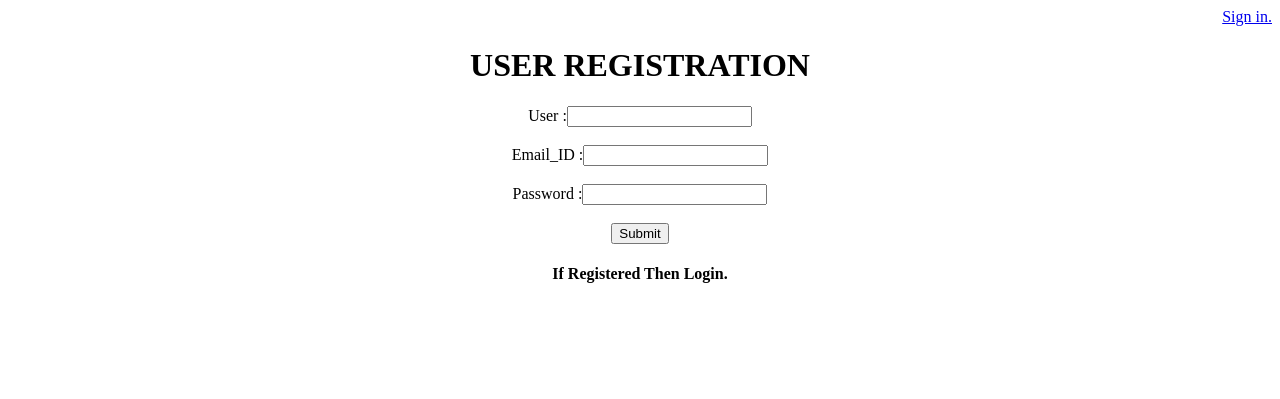
Repository: sunil965/JDBC-Servlet-JSP
Page: http://localhost/JspRegistrationTask/
These files come from the project's save history. The page is drawn as it stood at one moment and after the next save; the edit follows.
The browser window is 1280 px wide. The pictures show the whole page.
The page is served by Tomcat 9. Other server files are loaded and not shown.

Above is the page before, as saved 2017-05-02 12:03:45.

### JspRegistrationTask/WebContent/index.jsp
<%@ page language="java" contentType="text/html; charset=UTF-8"
    pageEncoding="UTF-8"%>
<!DOCTYPE html PUBLIC "-//W3C//DTD HTML 4.01 Transitional//EN" "http://www.w3.org/TR/html4/loose.dtd">
<html>
<head>
<meta http-equiv="Content-Type" content="text/html; charset=UTF-8">
<title>Index</title>
</head>
<body>
<div align="right">
<a href="userlogin.jsp">Sign in.</a>
</div>
<div align="center">
<h1>USER REGISTRATION</h1>
	<form action="userreg" method="post">
		User     :<input type="text" name="user"><br><br>
		Email_ID :<input type="text" name="mail"><br><br>
		Password :<input type="password" name="pwd"><br><br>
		<input type="submit">
	</form>
	<h4>If Registered Then Login.</h4>
</div>
</html>

After the next save:
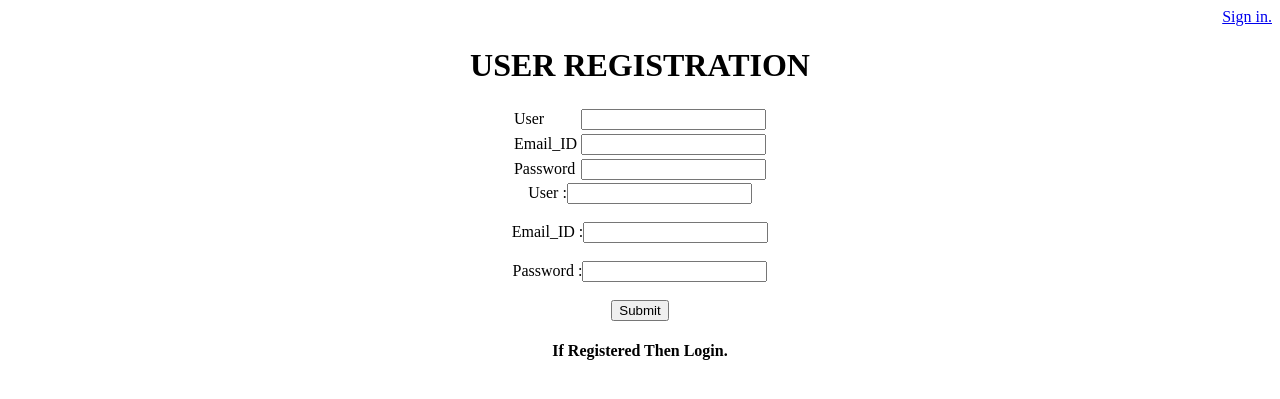
Saved 14 min 24 s later.
--- a/JspRegistrationTask/WebContent/index.jsp
+++ b/JspRegistrationTask/WebContent/index.jsp
@@ -13,6 +13,20 @@
 <div align="center">
 <h1>USER REGISTRATION</h1>
 	<form action="userreg" method="post">
+	<table>
+	<tr>
+	<td>User</td>
+	<td><input type="text" name="user"></td>
+	</tr>
+	<tr>
+	<td>Email_ID</td>
+	<td><input type="text" name="mail"></td>
+	</tr>
+	<tr>
+	<td>Password</td>
+	<td><input type="password" name="pwd"></td>
+	</tr>
+	</table>
 		User     :<input type="text" name="user"><br><br>
 		Email_ID :<input type="text" name="mail"><br><br>
 		Password :<input type="password" name="pwd"><br><br>
